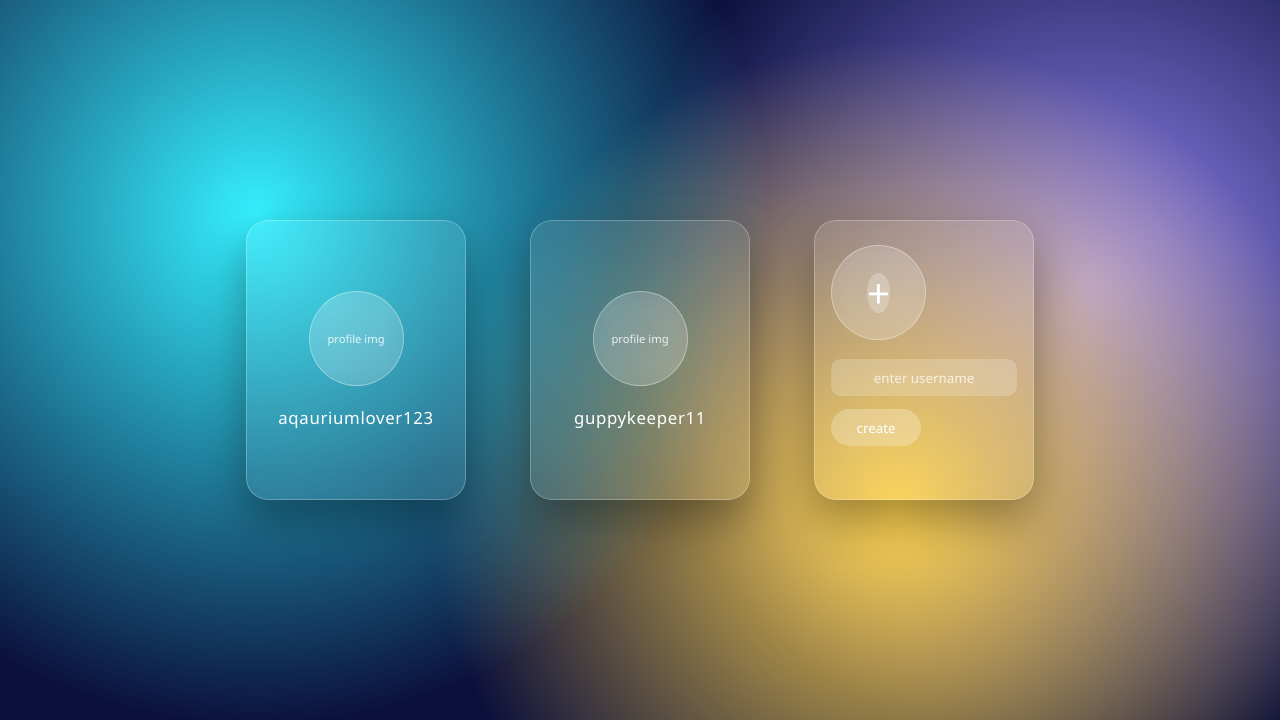
Repository: ChristopherCardoza/Web-1-AquariumManager-Final-Project-2025
Page: AquariumManager/features/profile-selection/profile-selection.html
An editor plug-in stored every save of this project. The page is shown before and after the next save, followed by the edit.
The browser window is 1280 px wide. The pictures show the whole page.

Above is the page before, as saved 2025-12-24 11:43:23.

After the next save:
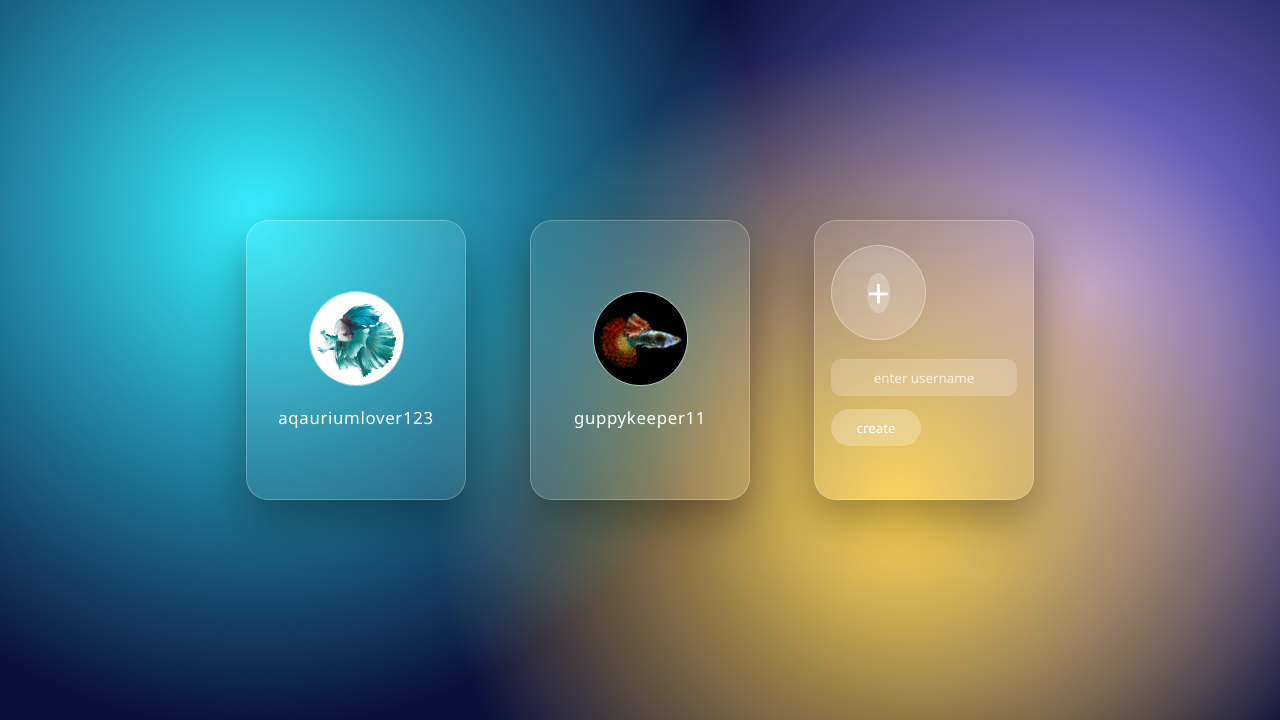
Saved 5 min 39 s later.
--- a/AquariumManager/constants/profiles.js
+++ b/AquariumManager/constants/profiles.js
@@ -1,10 +1,10 @@
 const user1 = {
   id: "user-1",
   username: "AqauriumLover123",
-  profilePic: "", // add pic url here later
+  profilePic: "../../public/profile-user1.jpg",
   tanks: [
     {
-      id: "tank-1-1", // might add more tanks later
+      id: "tank-1-1",
       name: "My lovely aquarium",
       size: 20,
       temperature: 80,
@@ -38,7 +38,7 @@ const user1 = {
 const user2 = {
   id: "user-2",
   username: "GuppyKeeper11",
-  profilePic: "", // add pic url here later
+  profilePic: "../../public/profile-user2.jpg",
   tanks: [
     {
       id: "tank-2-1",
